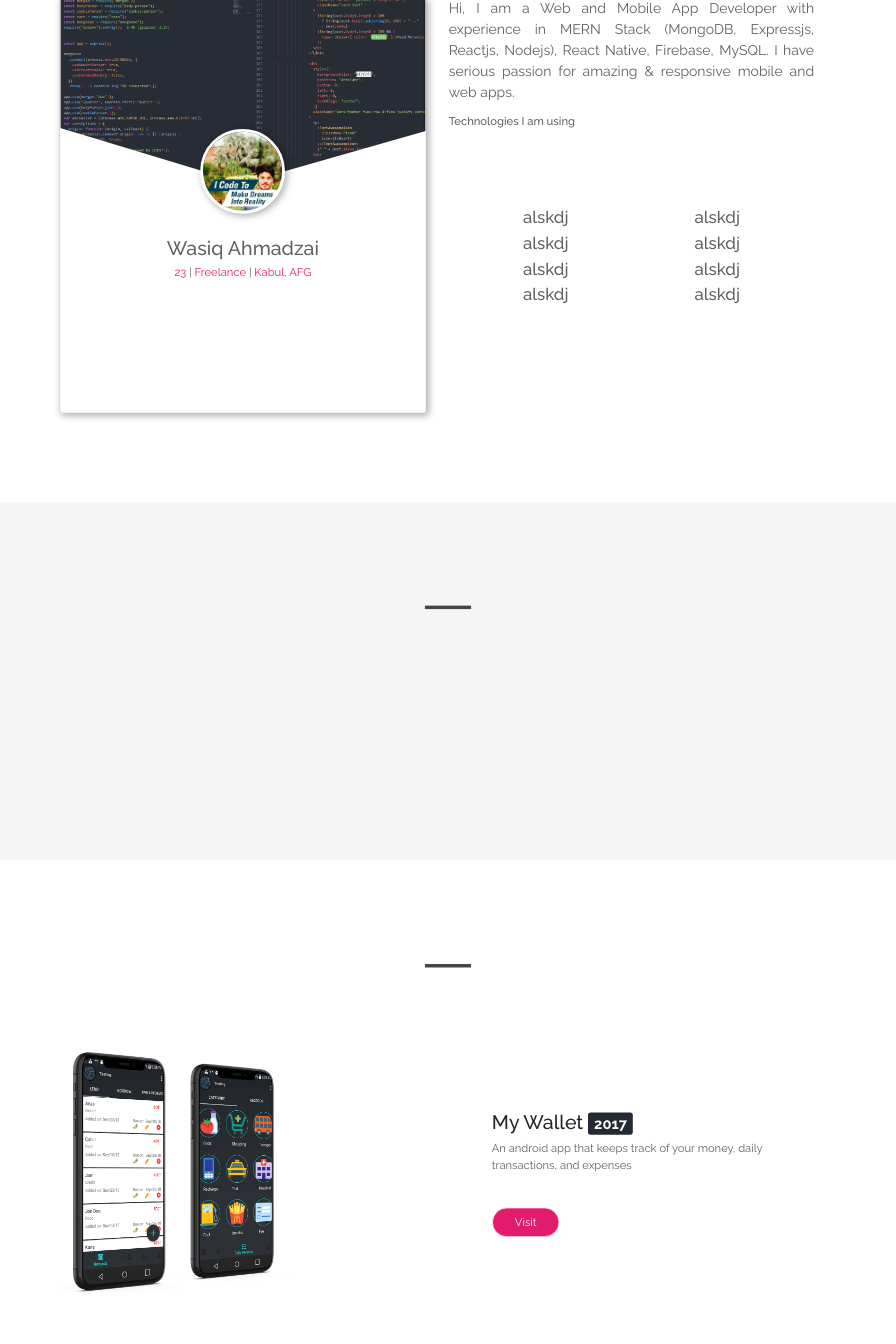
Repository: wasiqkhan/wasiqkhan.github.io
Page: index.html
The author's editor kept a copy of each file at every save. The page is drawn from the files as they stood at one save, then again after the next save.
The browser window is 1280 px wide. The pictures show the part of the page from y = 903 to 2823 px (the page is 5065 px tall before and 5002 px after), at 70% of full size.
Some web fonts or font styles are not loaded; a fallback is used.

Above is the page before, as saved 2020-11-06 17:43:42.
Not found: js/all.js
Not found: js/app.js
Not found: js/particles.js

After the next save:
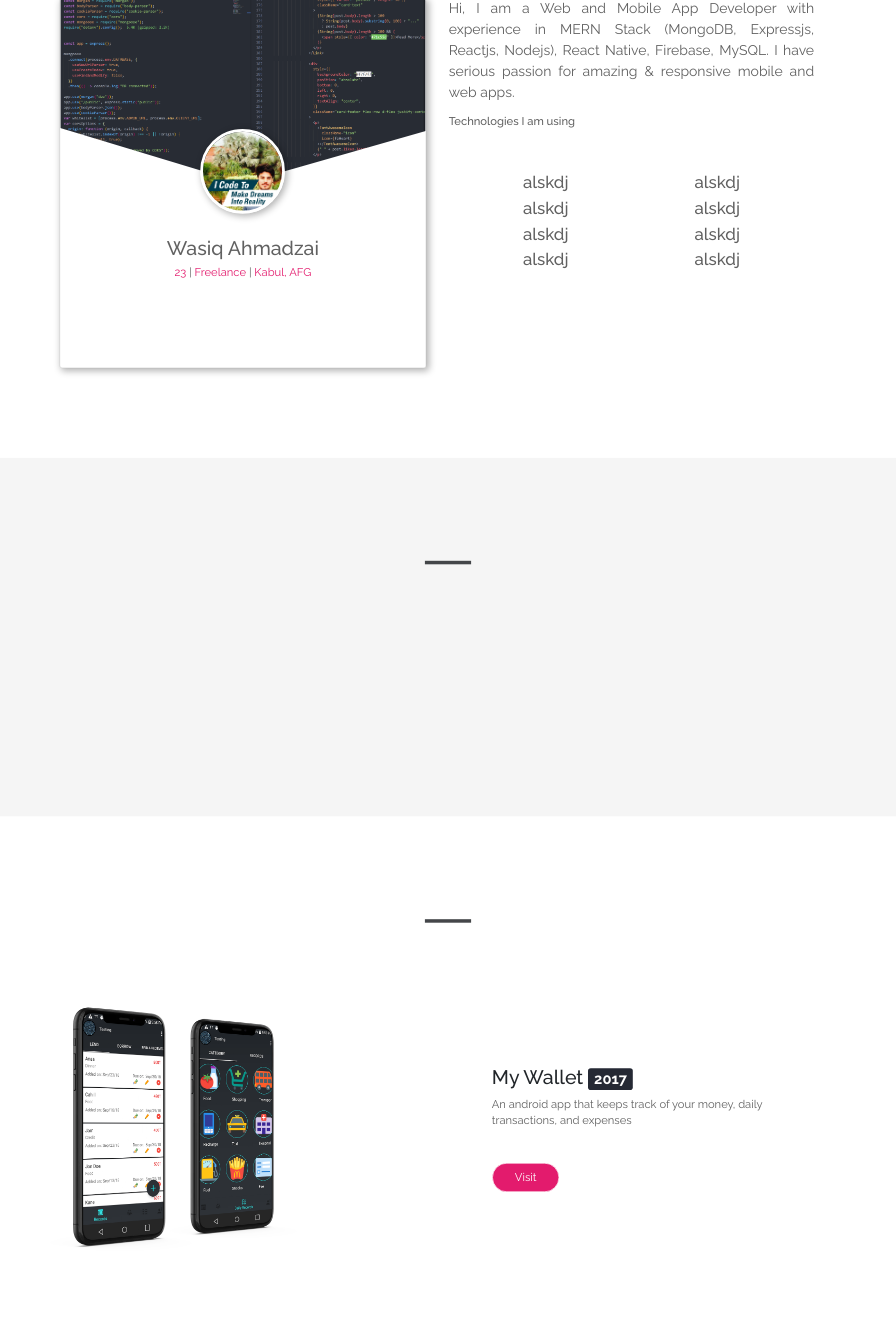
Saved 21 s later.
--- a/css/style.css
+++ b/css/style.css
@@ -458,7 +458,7 @@ a {
 }
 .skill-group {
   flex: 1;
-  margin: 50px;
+  /* margin: 50px; */
   flex-direction: column;
 }
 .skill-set {
